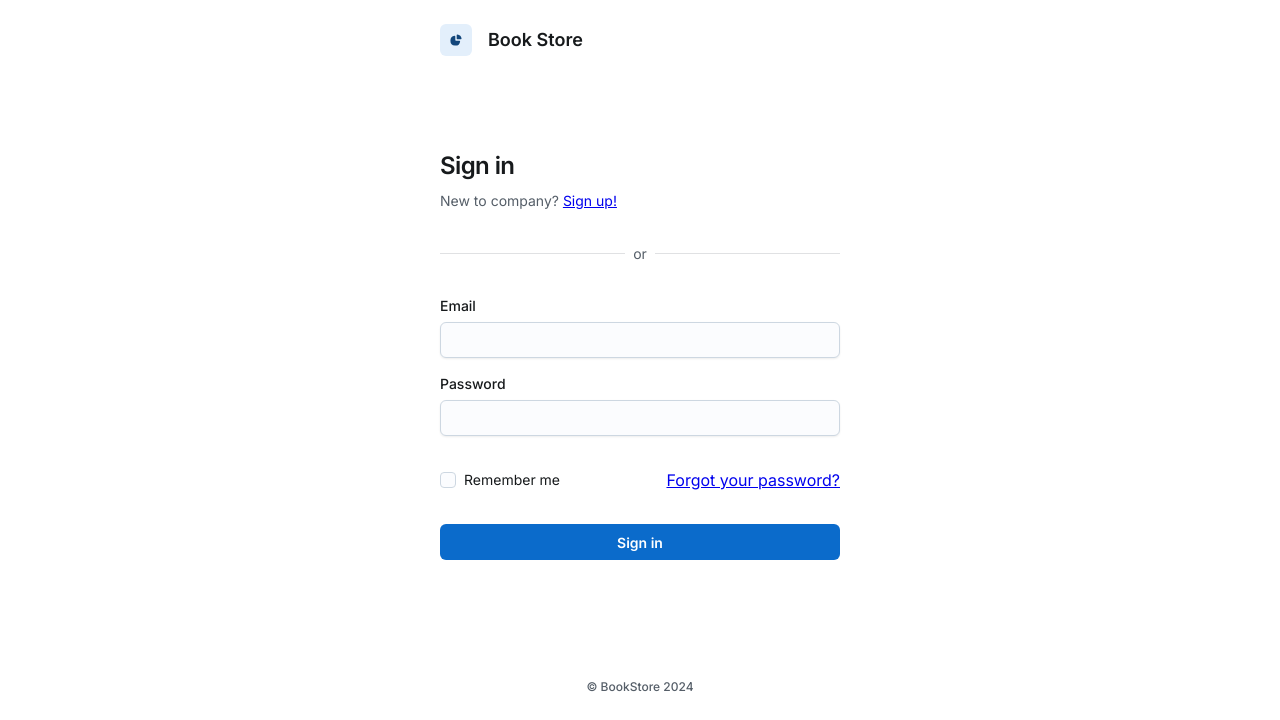
Repository: LaurentiusKevin/bookstore-fe
Page: /auth/login
An editor plug-in stored every save of this project. The page is shown before and after the next save, followed by the edit.
The browser window is 1280 px wide. The pictures show the whole page.
The project was rebuilt for these pictures with package versions that can differ from the ones it lists, and the page was loaded fresh each time. The framework's server and built-in components were replaced by stand-ins that run in the browser. Also part of the build but not shown: next.config.mjs.

Above is the page before, as saved 2024-04-07 00:55:22.

### src/app/layout.tsx
import type { Metadata } from "next";
import { Inter } from "next/font/google";
import "@fontsource/inter";
import ThemeRegistry from "@/components/admin/theme-registry";
import { Providers } from "@/providers";
import { ReactNode } from "react";

const inter = Inter({ subsets: ["latin"] });

export const metadata: Metadata = {
  title: "Create Next App",
  description: "Generated by create next app",
};

export default function RootLayout({
  children,
}: Readonly<{
  children: ReactNode;
}>) {
  return (
    <html lang="en">
      <body>
        <ThemeRegistry options={{ key: "joy" }}>
          <Providers>{children}</Providers>
        </ThemeRegistry>
      </body>
    </html>
  );
}

### src/app/auth/login/page.tsx
"use client";

import {
  Box,
  Button,
  Checkbox,
  CssBaseline,
  CssVarsProvider,
  Divider,
  FormControl,
  FormLabel,
  formLabelClasses,
  GlobalStyles,
  IconButton,
  Input,
  Stack,
  Typography,
} from "@mui/joy";
import { HiMiniChartPie } from "react-icons/hi2";
import Link from "next/link";
import { BsGoogle } from "react-icons/bs";
import { useRouter } from "next/navigation";
import { useForm } from "react-hook-form";
import SnackbarCustom from "@/components/snackbar-custom";
import { useState } from "react";

interface FormData {
  email: string;
  password: string;
}

export default function AuthSignIn() {
  const route = useRouter();
  const [snackbarOpen, setSnackbarOpen] = useState(false);
  const [snackbarColor, setSnackbarColor] = useState("");
  const [snackbarContent, setSnackbarContent] = useState("");

  const {
    register,
    handleSubmit,
    watch,
    setValue,
    resetField,
    formState: { errors },
  } = useForm<FormData>();

  const onSignIn = (data: FormData) => {
    // void authMutation.mutate(data);
  };

  return (
    <CssVarsProvider defaultMode="dark" disableTransitionOnChange>
      <CssBaseline />
      <GlobalStyles
        styles={{
          ":root": {
            "--Collapsed-breakpoint": "769px", // form will stretch when viewport is below `769px`
            "--Cover-width": "50vw", // must be `vw` only
            "--Form-maxWidth": "800px",
            "--Transition-duration": "0.4s", // set to `none` to disable transition
          },
        }}
      />
      <Box
        sx={(theme) => ({
          transition: "width var(--Transition-duration)",
          transitionDelay: "calc(var(--Transition-duration) + 0.1s)",
          position: "relative",
          zIndex: 1,
          display: "flex",
          justifyContent: "center",
          backdropFilter: "blur(12px)",
          backgroundColor: "rgba(255 255 255 / 0.2)",
          [theme.getColorSchemeSelector("dark")]: {
            backgroundColor: "rgba(19 19 24 / 0.4)",
          },
        })}
      >
        <Box
          sx={{
            display: "flex",
            flexDirection: "column",
            minHeight: "100dvh",
            maxWidth: "100%",
            px: 2,
          }}
        >
          <Box
            component="header"
            sx={{
              py: 3,
              display: "flex",
              alignItems: "left",
              justifyContent: "space-between",
            }}
          >
            <Box sx={{ gap: 2, display: "flex", alignItems: "center" }}>
              <IconButton variant="soft" color="primary" size="sm">
                <HiMiniChartPie />
              </IconButton>
              <Typography level="title-lg">Book Store</Typography>
            </Box>
            {/*<ColorSchemeToggle />*/}
          </Box>
          <Box
            component="main"
            sx={{
              my: "auto",
              py: 2,
              pb: 5,
              display: "flex",
              flexDirection: "column",
              gap: 2,
              width: 400,
              maxWidth: "100%",
              mx: "auto",
              borderRadius: "sm",
              "& form": {
                display: "flex",
                flexDirection: "column",
                gap: 2,
              },
              [`& .${formLabelClasses.asterisk}`]: {
                visibility: "hidden",
              },
            }}
          >
            <Stack gap={4} sx={{ mb: 2 }}>
              <Stack gap={1}>
                <Typography level="h3">Sign in</Typography>
                <Typography level="body-sm">
                  New to company?{" "}
                  <Link href="#replace-with-a-link">Sign up!</Link>
                </Typography>
              </Stack>
            </Stack>
            <Divider
              sx={(theme) => ({
                [theme.getColorSchemeSelector("light")]: {
                  color: { xs: "#FFF", md: "text.tertiary" },
                  "--Divider-lineColor": {
                    xs: "#FFF",
                    md: "var(--joy-palette-divider)",
                  },
                },
              })}
            >
              or
            </Divider>
            <Stack gap={4} sx={{ mt: 2 }}>
              <form onSubmit={handleSubmit(onSignIn)}>
                <FormControl required>
                  <FormLabel>Email</FormLabel>
                  <Input
                    {...register("email", { required: "Required!" })}
                    type="email"
                    name="email"
                  />
                </FormControl>
                <FormControl required>
                  <FormLabel>Password</FormLabel>
                  <Input
                    {...register("password", { required: "Required!" })}
                    type="password"
                    name="password"
                  />
                </FormControl>
                <Stack gap={4} sx={{ mt: 2 }}>
                  <Box
                    sx={{
                      display: "flex",
                      justifyContent: "space-between",
                      alignItems: "center",
                    }}
                  >
                    <Checkbox size="sm" label="Remember me" name="persistent" />
                    <Link href="#replace-with-a-link">
                      Forgot your password?
                    </Link>
                  </Box>
                  <Button type="submit" fullWidth>
                    Sign in
                  </Button>
                </Stack>
              </form>
            </Stack>
          </Box>
          <Box component="footer" sx={{ py: 3 }}>
            <Typography level="body-xs" textAlign="center">
              © BookStore {new Date().getFullYear()}
            </Typography>
          </Box>
        </Box>
      </Box>
      <SnackbarCustom
        autoHideDuration={5000}
        variant="soft"
        onClose={() => setSnackbarOpen(false)}
        open={snackbarOpen}
      >
        {snackbarContent}
      </SnackbarCustom>
    </CssVarsProvider>
  );
}

### src/components/admin/theme-registry.tsx
"use client";
import createCache from "@emotion/cache";
import { useServerInsertedHTML } from "next/navigation";
import { CacheProvider } from "@emotion/react";
import { CssVarsProvider } from "@mui/joy/styles";
import CssBaseline from "@mui/joy/CssBaseline";
import * as React from "react";
import { ReactNode } from "react";

// This implementation is from emotion-js
// https://github.com/emotion-js/emotion/issues/2928#issuecomment-1319747902
export default function ThemeRegistry(props: {
  options: { key: string };
  children: ReactNode;
}) {
  const { options, children } = props;

  const [{ cache, flush }] = React.useState(() => {
    const cache = createCache(options);
    cache.compat = true;
    const prevInsert = cache.insert;
    let inserted: string[] = [];
    cache.insert = (...args) => {
      const serialized = args[1];
      if (cache.inserted[serialized.name] === undefined) {
        inserted.push(serialized.name);
      }
      return prevInsert(...args);
    };
    const flush = () => {
      const prevInserted = inserted;
      inserted = [];
      return prevInserted;
    };
    return { cache, flush };
  });

  useServerInsertedHTML(() => {
    const names = flush();
    if (names.length === 0) {
      return null;
    }
    let styles = "";
    for (const name of names) {
      styles += cache.inserted[name];
    }
    return (
      <style
        key={cache.key}
        data-emotion={`${cache.key} ${names.join(" ")}`}
        dangerouslySetInnerHTML={{
          __html: styles,
        }}
      />
    );
  });

  return (
    <CacheProvider value={cache}>
      <CssVarsProvider>
        {/* the custom theme is optional */}
        <CssBaseline />
        {children}
      </CssVarsProvider>
    </CacheProvider>
  );
}

### src/providers.tsx
"use client";

import React, { ReactNode } from "react";

export function Providers({ children }: { children: ReactNode }) {
  return <>{children}</>;
}

### src/components/snackbar-custom.tsx
import { Snackbar, SnackbarProps } from "@mui/joy";
import { UseSnackbarParameters } from "@mui/base";
import { ReactNode } from "react";

interface SnackbarCustomInterface extends UseSnackbarParameters {
  children: ReactNode;
}

export default function SnackbarCustom({
  autoHideDuration,
  open,
  onClose,
  color,
  variant,
  children,
}: SnackbarCustomInterface & SnackbarProps) {
  return (
    <Snackbar
      autoHideDuration={autoHideDuration}
      open={open}
      onClose={onClose}
      color={color}
      variant={variant}
    >
      {children}
    </Snackbar>
  );
}

After the next save:
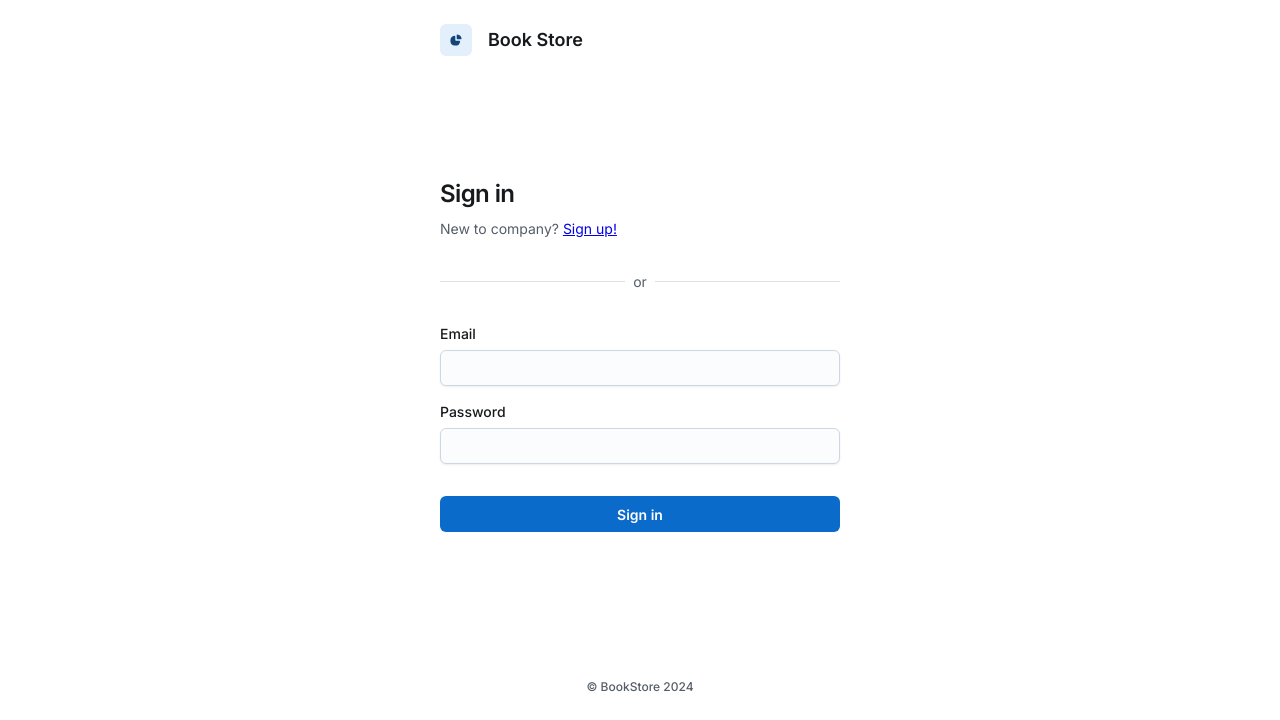
Saved 20 s later.
--- a/src/app/auth/login/page.tsx
+++ b/src/app/auth/login/page.tsx
@@ -166,18 +166,6 @@ export default function AuthSignIn() {
                   />
                 </FormControl>
                 <Stack gap={4} sx={{ mt: 2 }}>
-                  <Box
-                    sx={{
-                      display: "flex",
-                      justifyContent: "space-between",
-                      alignItems: "center",
-                    }}
-                  >
-                    <Checkbox size="sm" label="Remember me" name="persistent" />
-                    <Link href="#replace-with-a-link">
-                      Forgot your password?
-                    </Link>
-                  </Box>
                   <Button type="submit" fullWidth>
                     Sign in
                   </Button>
